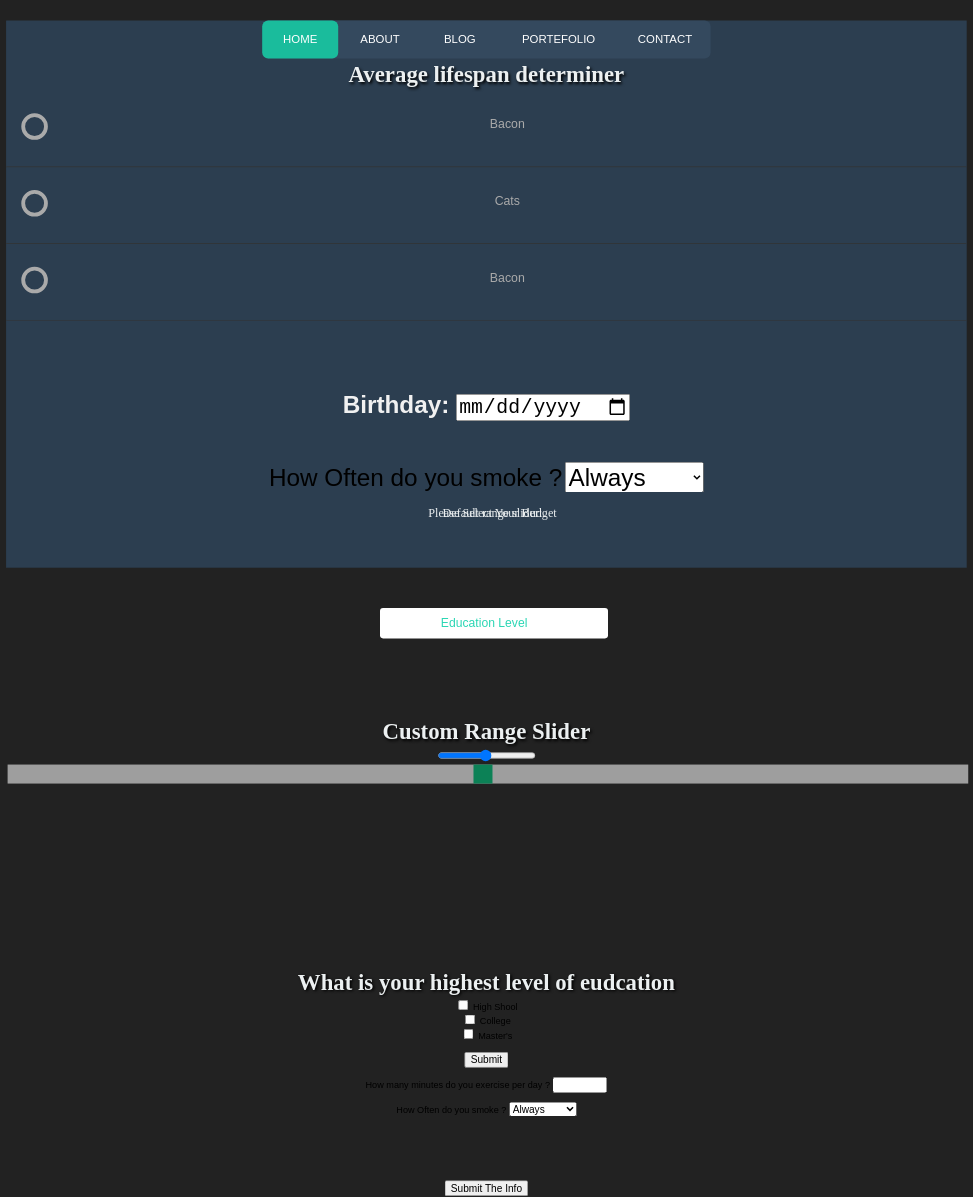
Repository: navid-amini12/capstone-1
Page: wordgame.html
The author's editor kept a copy of each file at every save. The page is drawn from the files as they stood at one save, then again after the next save.
The browser window is 1280 px wide. The pictures show the whole page, at 76% of full size.

Above is the page before, as saved 2022-06-01 13:29:51.

After the next save:
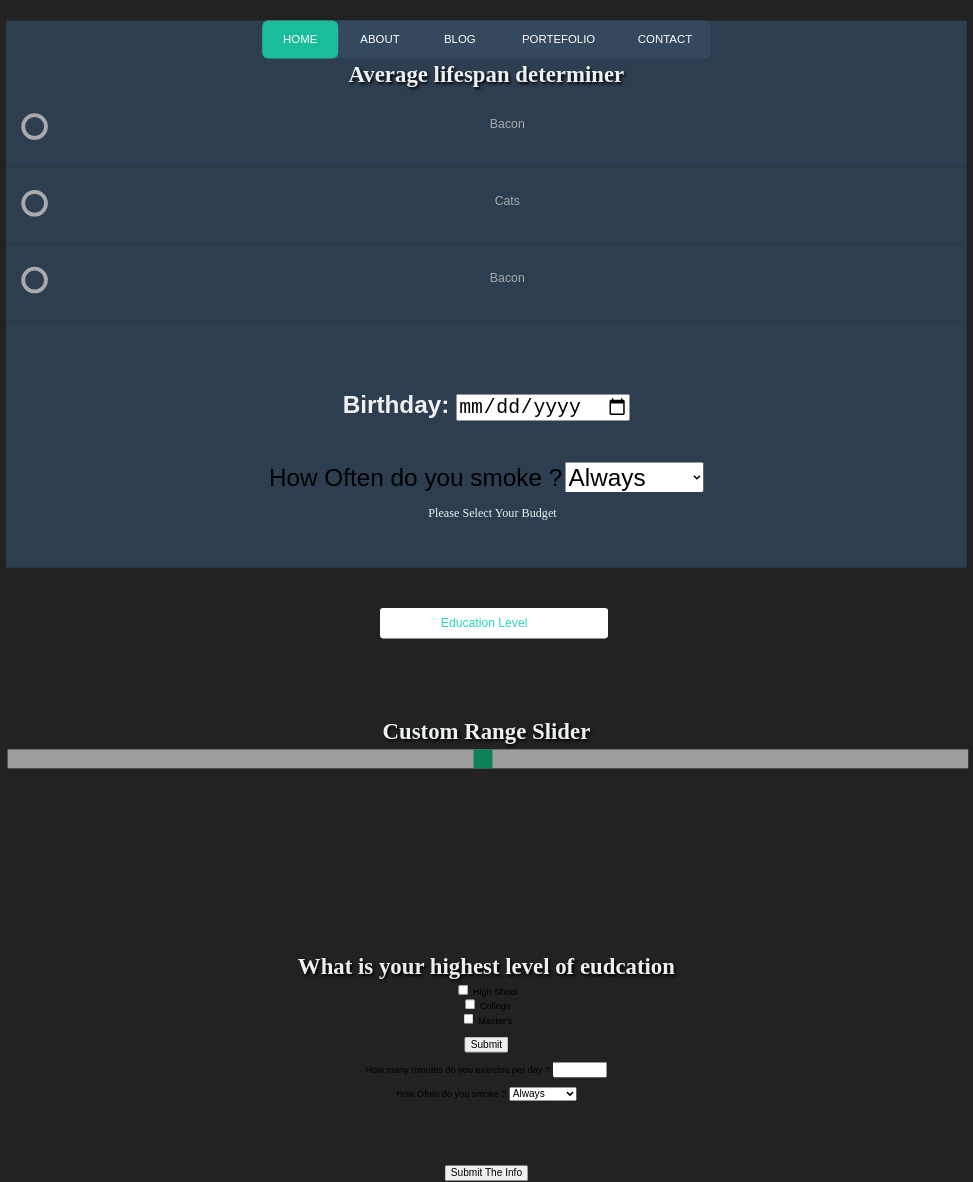
Saved 24 s later.
--- a/wordgame.html
+++ b/wordgame.html
@@ -172,8 +172,7 @@
 <h1>Custom Range Slider</h1>
 
 <div class="slidecontainer">
-  <p>Default range slider:</p>
-  <input type="range" min="1" max="100" value="50">
+
 
   <p>Please Select Your Budget</p>
   <input type="range" min="1" max="100" value="50" class="slider" id="myRange">
